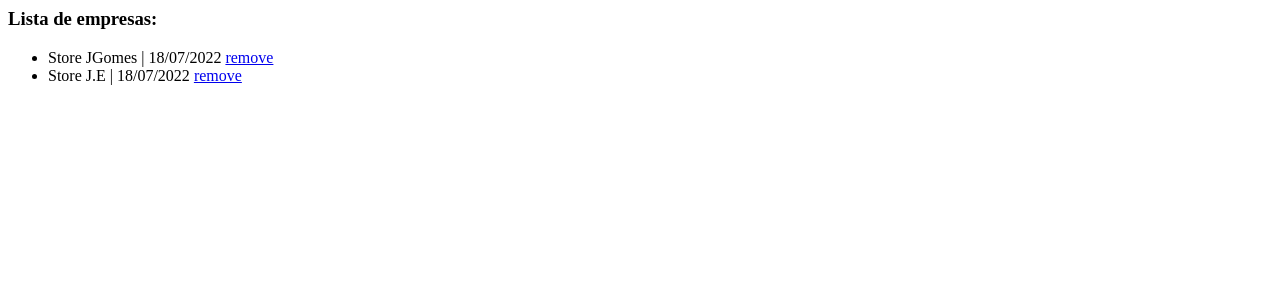
Repository: EmersonRGomes/study
Page: http://localhost/gerenciadorstudy/listaEmpresas
The author's editor kept a copy of each file at every save. The page is drawn from the files as they stood at one save, then again after the next save.
The browser window is 1280 px wide. The pictures show the whole page.
The page is served by Tomcat 9.

Above is the page before, as saved 2022-07-31 23:42:34.

After the next save:
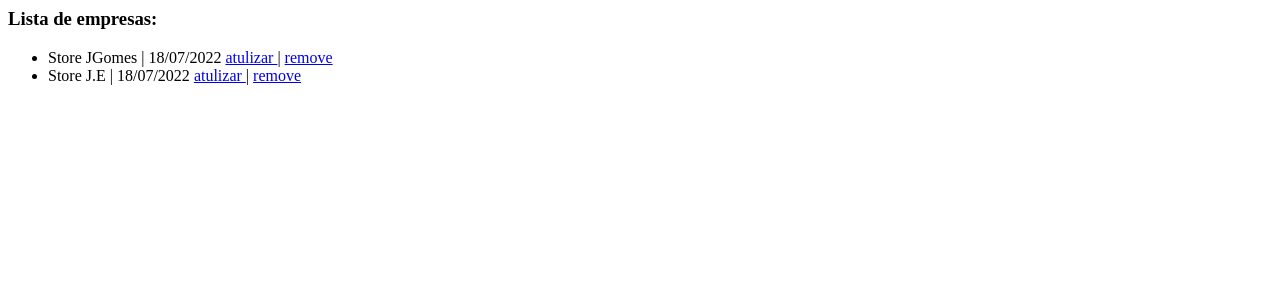
Saved 4 min 42 s later.
--- a/gerenciadorstudy/webContent/listaEmpresaCriada.jsp
+++ b/gerenciadorstudy/webContent/listaEmpresaCriada.jsp
@@ -13,6 +13,7 @@
     <ul>
         <c:forEach items="${empresas}" var="empresa">
             <li>${empresa.nome} | <fmt:formatDate value="${empresa.dataAbertura}" pattern="dd/MM/yyyy"/>
+            <a href="/gerenciadorstudy/removeEmpresa?id=${empresa.id}"> atulizar </a> |
             	<a href="/gerenciadorstudy/removeEmpresa?id=${empresa.id}"> remove </a>
             </li>
         </c:forEach>
